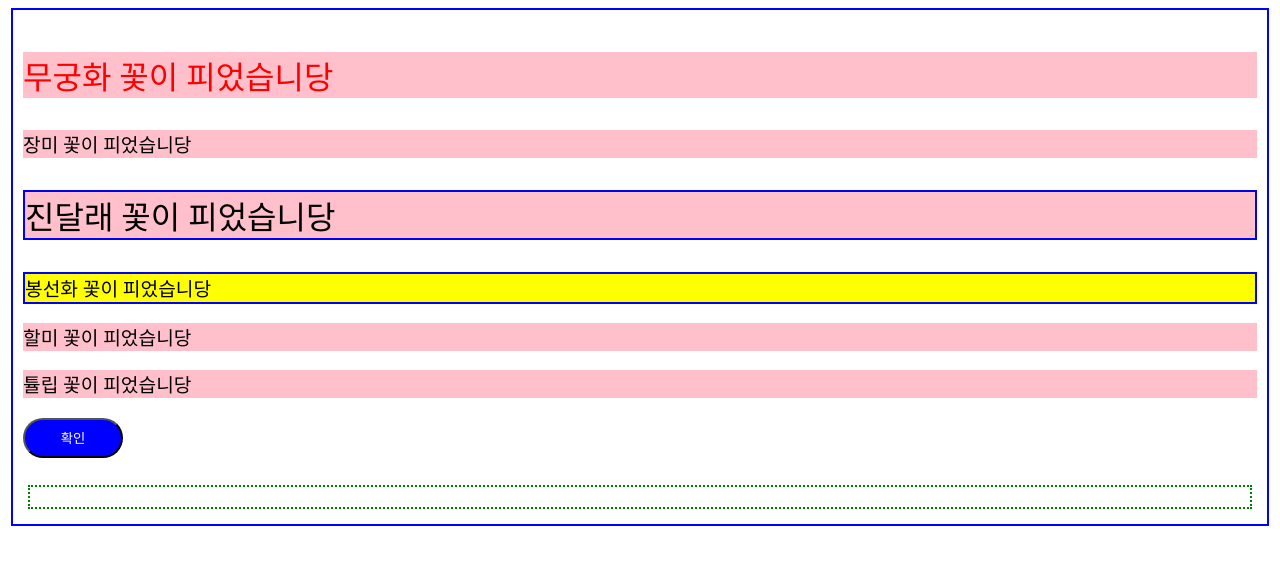
Repository: patternlobe-stack/MY_repository
Page: webpro/src/main/webapp/0915/속성선택.html
These files come from the project's save history. The page is drawn as it stood at one moment and after the next save; the edit follows.
The browser window is 1280 px wide. The pictures show the whole page.
After loading, the first visible `input` was clicked once.

Above is the page before, as saved 2025-09-15 06:05:42.

After the next save:
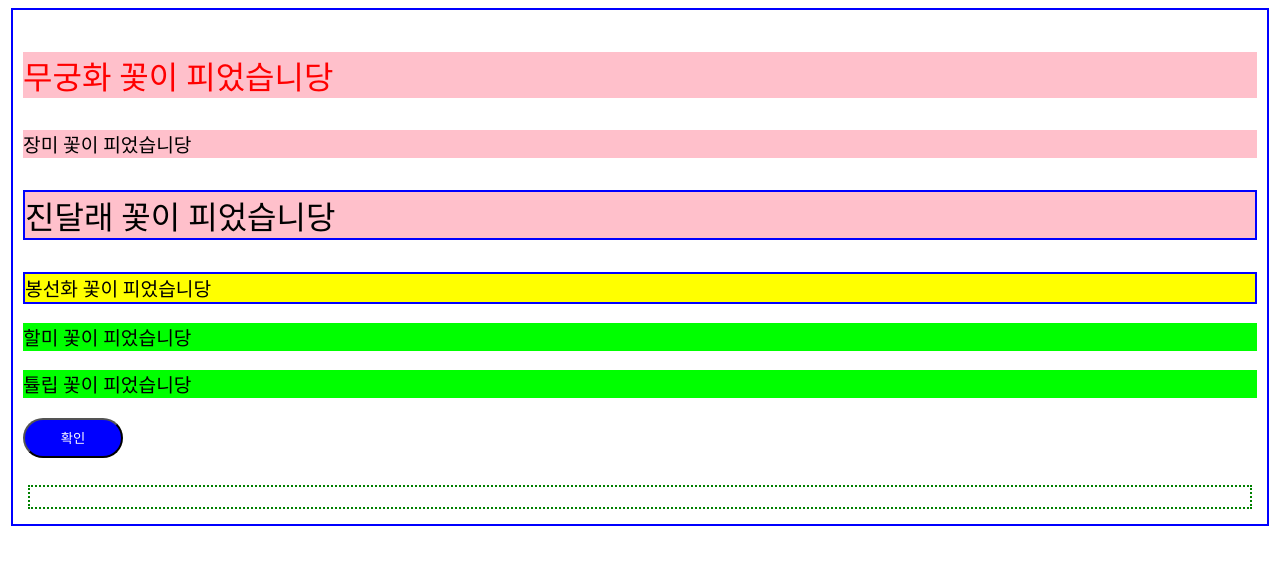
Saved 116 s later.
--- a/webpro/src/main/webapp/0915/속성선택.html
+++ b/webpro/src/main/webapp/0915/속성선택.html
@@ -17,6 +17,7 @@ const proc1 = () =>{
 	$('p[class^=a]').css('border','2px solid blue');
 	$('p[class$=1]').css('font-size', '2.0rem');
 	$('p[class !=a_2]').css('background', 'pink');
+	$('p[title *=꽃]').css('background', 'lime');
 
 
 }
